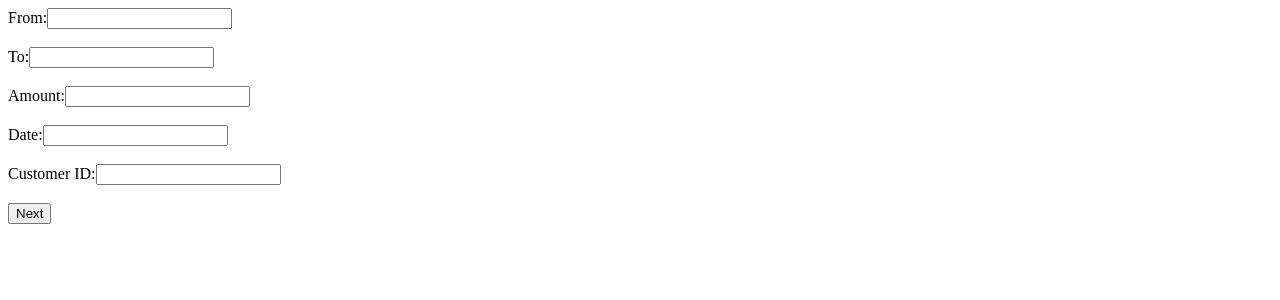
Repository: Yogashree-v-h-27/Ticket_Booking_webApp
Page: Ticket_Booking/WebContent/ticket.html
These files come from the project's save history. The page is drawn as it stood at one moment and after the next save; the edit follows.
The browser window is 1280 px wide. The pictures show the whole page.

Above is the page before, as saved 2021-06-16 08:39:24.

After the next save:
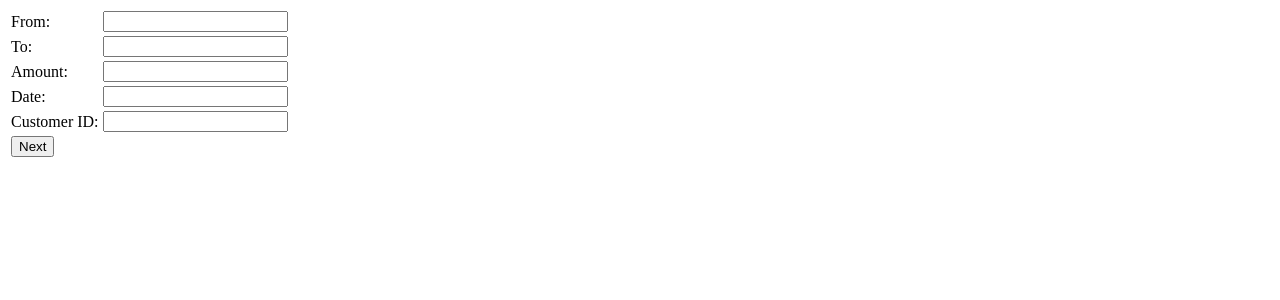
Saved 4 min 17 s later.
--- a/Ticket_Booking/WebContent/ticket.html
+++ b/Ticket_Booking/WebContent/ticket.html
@@ -7,12 +7,12 @@
 <body>
 <form action="Ticket" method="post">
 <table>
-From:<input type="text" name="from_Place"/><br/><br/>
-To:<input type="text" name="to_Destination"/><br/><br/>
-Amount:<input type="text" name="amount"/><br/><br/>
-Date:<input type="text" name="travel_date"/><br/><br/>
-Customer ID:<input type="text" name="CustomerID"/><br/><br/>
-<input type="button" value="Next"/>
+<tr><td>From:</td><td><input type="text" name="from_Place"/></td></tr>
+<tr><td>To:</td><td><input type="text" name="to_Destination"/></td></tr>
+<tr><td>Amount:</td><td><input type="text" name="amount"/></td></tr>
+<tr><td>Date:</td><td><input type="text" name="travel_date"/></td></tr>
+<tr><td>Customer ID:</td><td><input type="text" name="CustomerID"/></td></tr>
+<tr><td><input type="button" value="Next"/></td></tr>
 </table>
 </form>
 </body>
